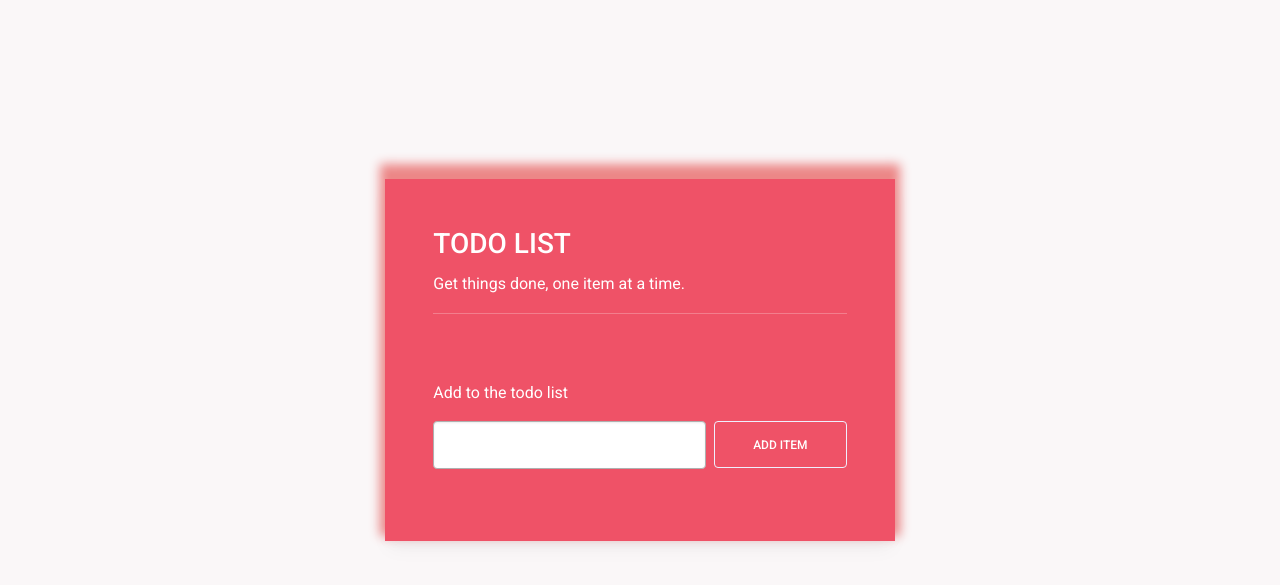
Repository: TinhTT336/MD02_HACKATHON01_HN_JV230620_BS_TranThiTinh_Basic
Page: /
These files come from the project's save history. The page is drawn as it stood at one moment and after the next save; the edit follows.
The browser window is 1280 px wide. The pictures show the whole page.
Some web libraries are served in a nearby version. The project was rebuilt for these pictures with package versions that can differ from the ones it lists, and the page was loaded fresh each time. Also part of the build but not shown: vite.config.js, src/App.css.

Above is the page before, as saved 2023-09-05 11:57:34.

After the next save:
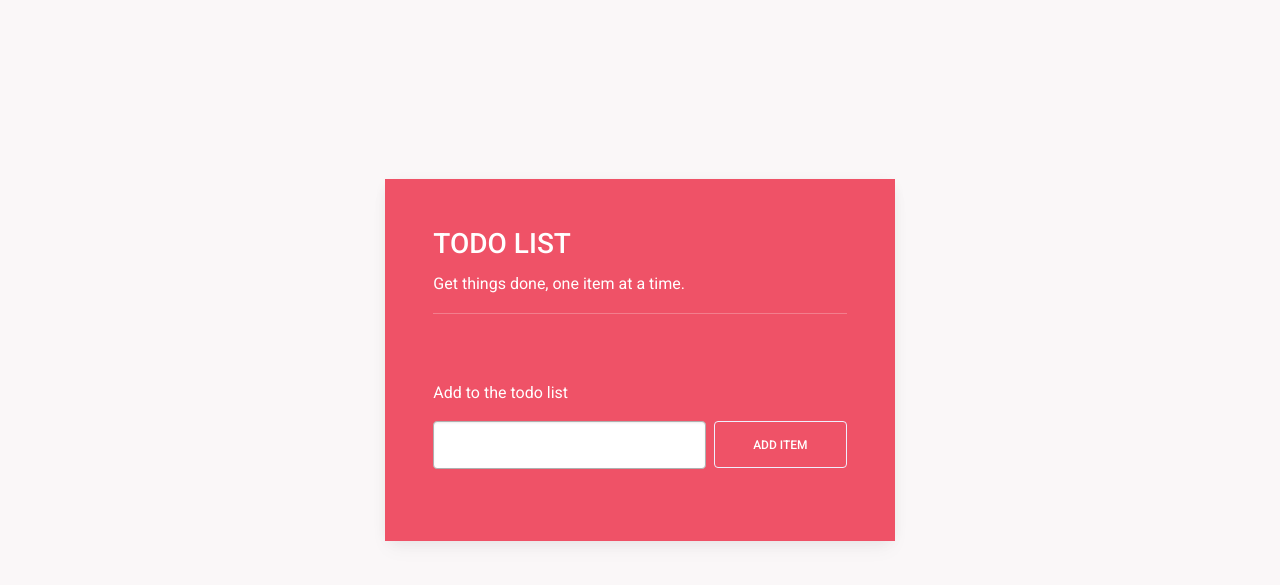
Saved 18 s later.
--- a/src/index.css
+++ b/src/index.css
@@ -77,7 +77,7 @@
 .card-body {
   background-color: #ef5267 !important;
   color: #fff !important;
-  box-shadow: 0px -10px 10px 5px rgb(236, 135, 135) !important;
+  /* box-shadow: 0px -10px 10px 5px rgb(236, 135, 135) !important; */
 }
 .form-control {
   background-color: #fff !important;

After the save that followed:
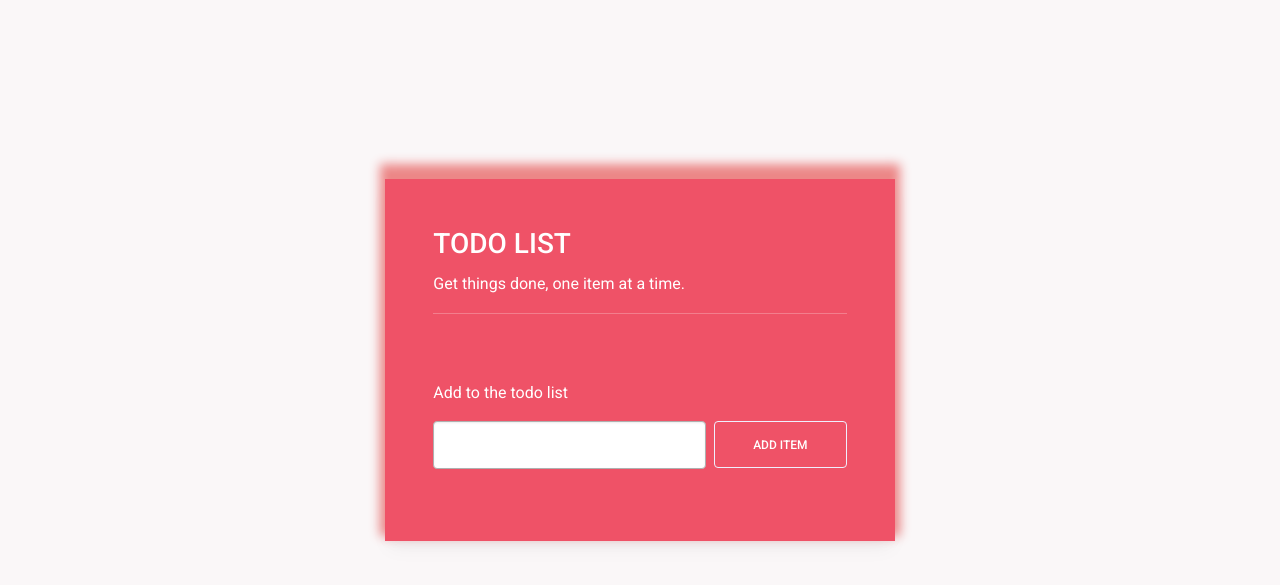
Saved 53 s later.
--- a/src/index.css
+++ b/src/index.css
@@ -77,7 +77,7 @@
 .card-body {
   background-color: #ef5267 !important;
   color: #fff !important;
-  /* box-shadow: 0px -10px 10px 5px rgb(236, 135, 135) !important; */
+  box-shadow: 0px -10px 10px 5px rgb(236, 135, 135) !important;
 }
 .form-control {
   background-color: #fff !important;
